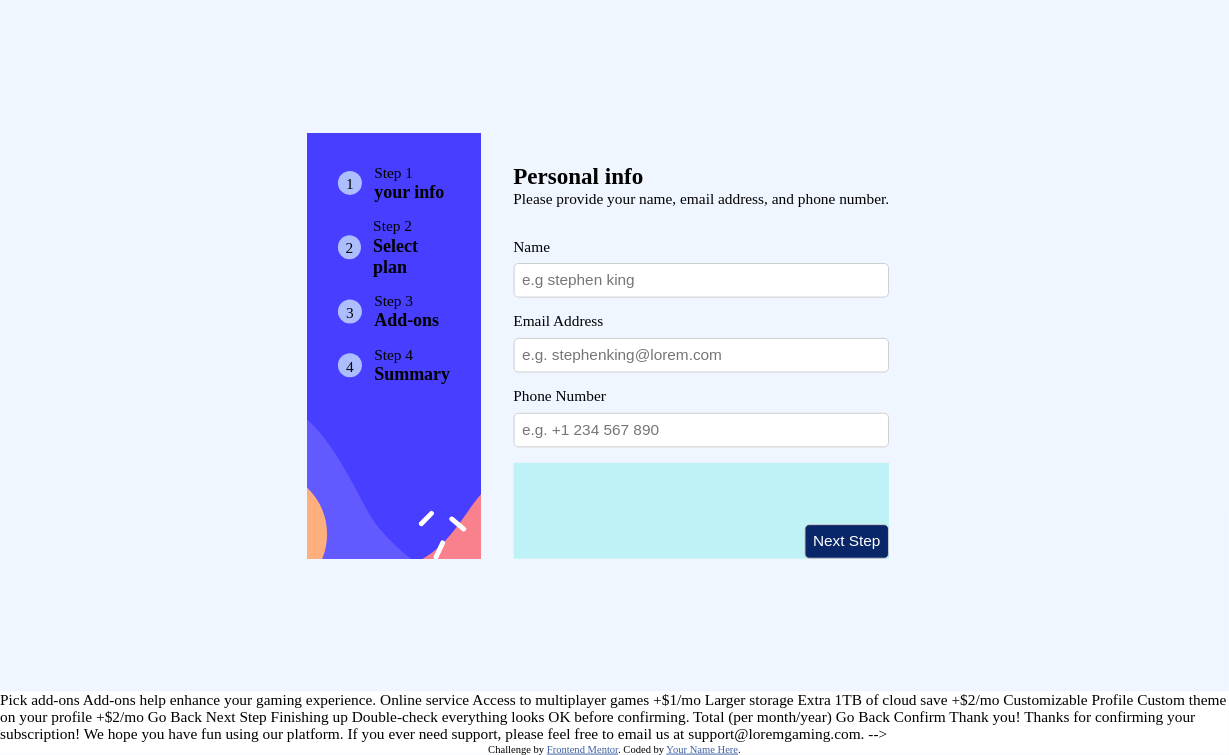
Repository: reemoon-ctrl/reemoon-ctrl.github.io
Page: index.html
These files come from the project's save history. The page is drawn as it stood at one moment and after a run of saves; the edit follows.
The browser window is 1280 px wide. The pictures show the whole page, at 96% of full size.

Above is the page before, as saved 2025-04-29 09:36:17.

After the next 2 saves:
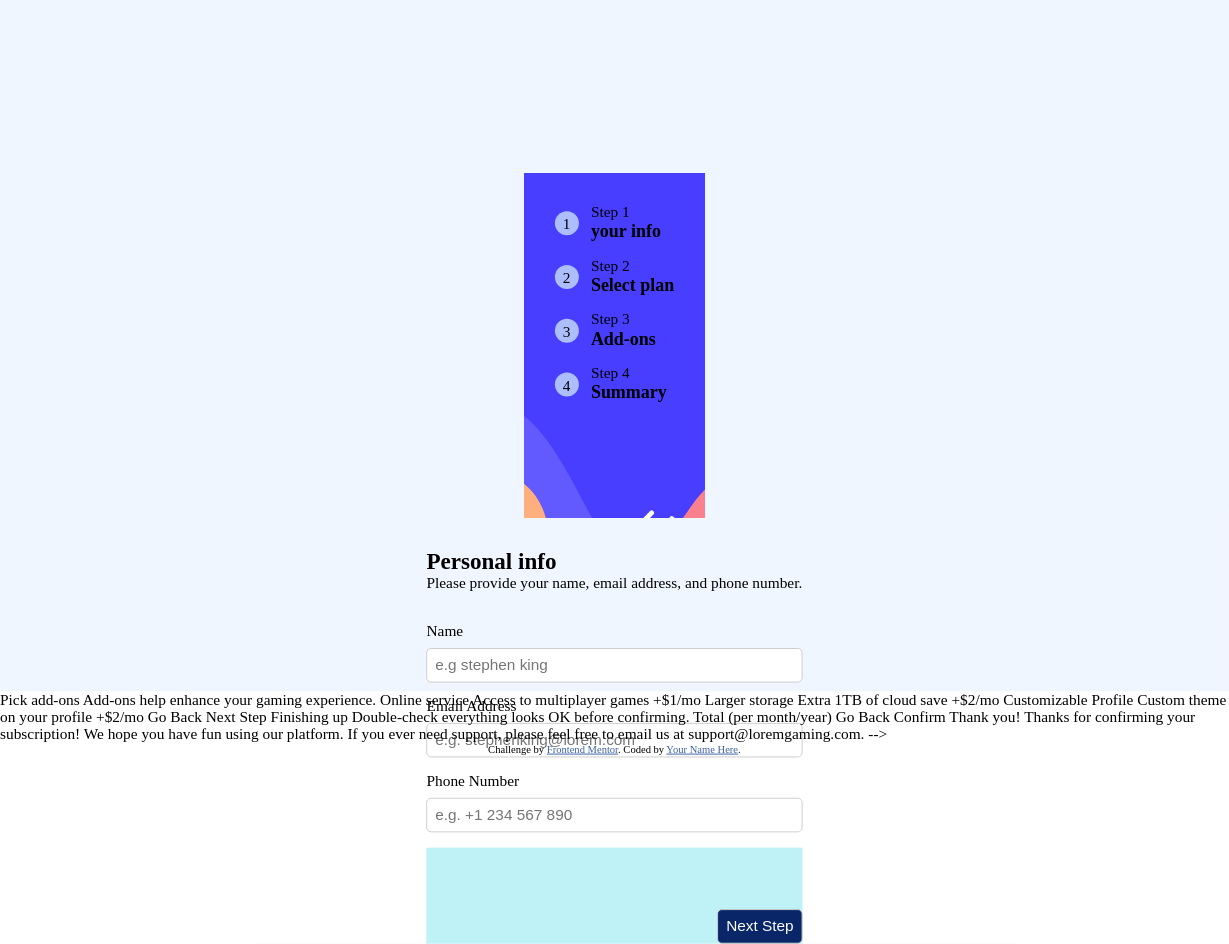
The 2 saves are shown as one change because they came seconds apart.
The last was saved 56 s later.
--- a/style.css
+++ b/style.css
@@ -4,6 +4,7 @@
     box-sizing:border-box;
 }
 .container{
+    b
     display: grid;
     grid-template-columns: 1fr 3fr;
     /* padding: 1rem; */

After the save that followed:
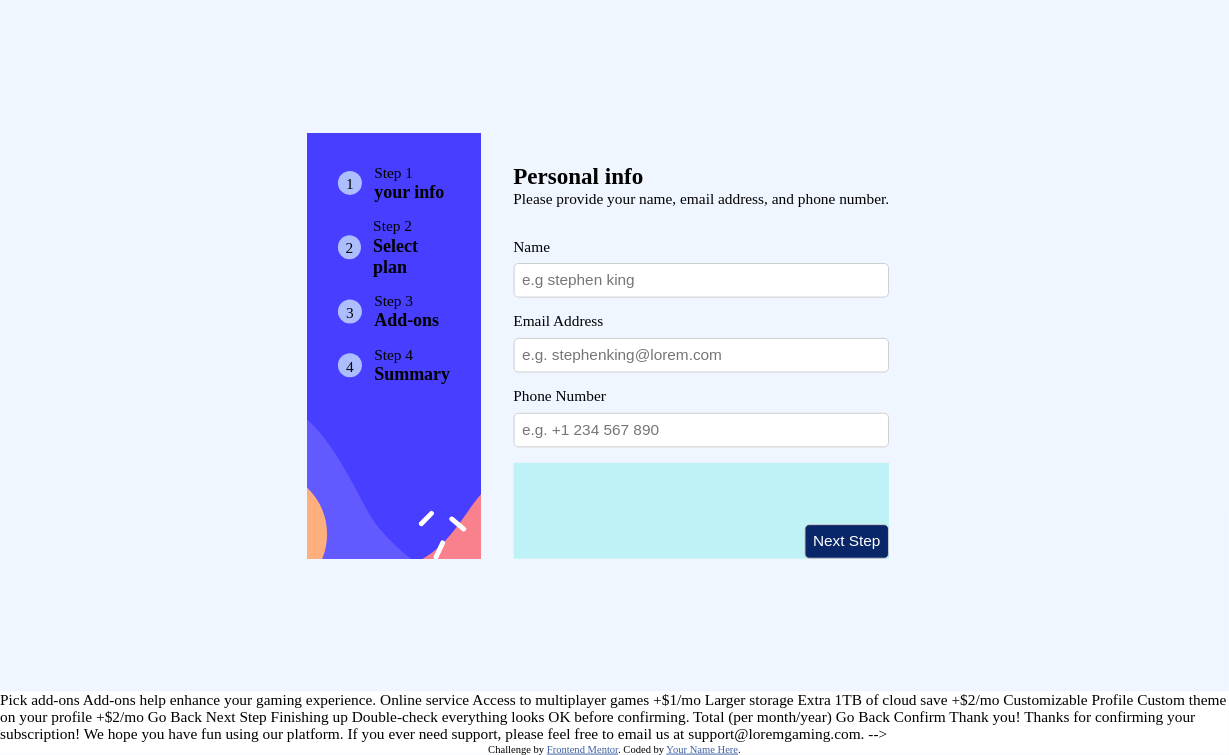
Saved 4 s later.
--- a/style.css
+++ b/style.css
@@ -4,7 +4,7 @@
     box-sizing:border-box;
 }
 .container{
-    b
+    background: ;
     display: grid;
     grid-template-columns: 1fr 3fr;
     /* padding: 1rem; */
